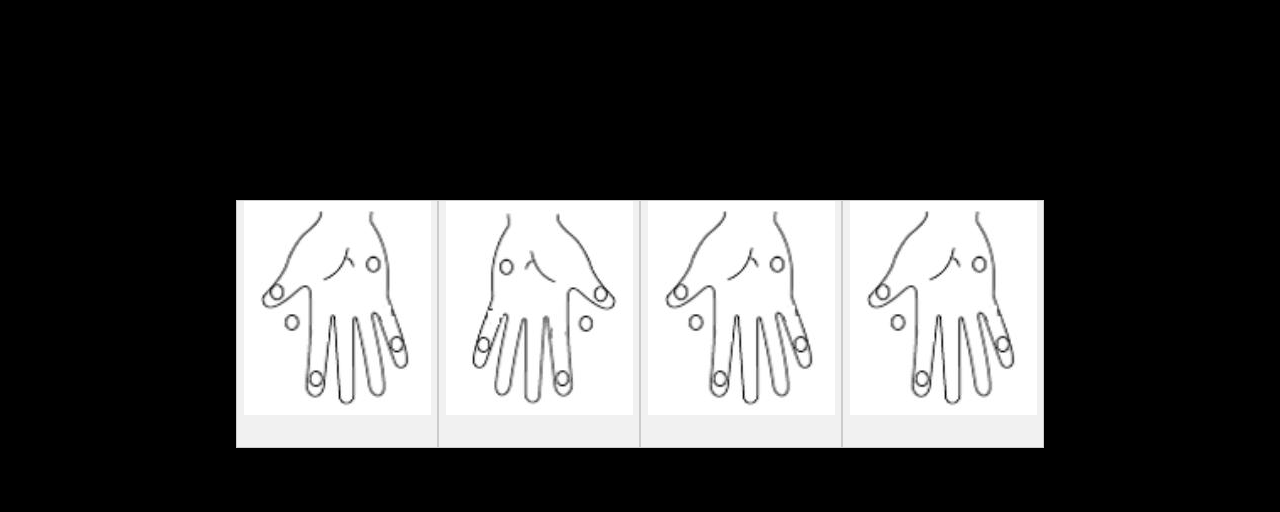
Repository: amdreew/graficosLepra
Page: inddex.html
An editor plug-in stored every save of this project. The page is shown before and after the next save, followed by the edit.
The browser window is 1280 px wide. The pictures show the whole page.

Above is the page before, as saved 2020-10-22 11:57:35.

### inddex.html
<!DOCTYPE html>
<html lang="en">
<head>
    <meta charset="UTF-8">
    <meta name="viewport" content="width=device-width, initial-scale=1.0">
    <title>mapa Imagenes</title>
    <link rel="stylesheet" href="main.css">
</head>
<body>
    <div class="contenedor">
        <div class="img-tanner item-img">
            <img src="img/manoDer.png" usemap="#image-map">
            <map name="image-map">
                <area target="" alt="1" title="1" href="#" coords="33,92,10" shape="circle">
                <area target="" alt="2" title="2" href="#" coords="129,63,10" shape="circle">
                <area target="" alt="3" title="3" href="#" coords="72,178,10" shape="circle">
                <area target="" alt="4" title="4" href="#" coords="154,143,10" shape="circle">
                <area target="" alt="5" title="5" href="#" coords="48,120,10" shape="circle">
            </map>
        </div>
        <div class="img-tanner item-img">
            <img src="img/manoIzq.png" usemap="#image-map2">
            <map name="image-map2">
                <area target="" alt="1" title="1" href="#" coords="60,66,10" shape="circle">
                <area target="" alt="2" title="2" href="#" coords="155,93,10" shape="circle">
                <area target="" alt="3" title="3" href="#" coords="140,122,10" shape="circle">
                <area target="" alt="4" title="4" href="#" coords="117,179,10" shape="circle">
                <area target="" alt="5" title="5" href="#" coords="37,144,10" shape="circle">
            </map>
        </div>
        <div class="img-tanner item-img">
            <img src="img/manoDer.png" usemap="#image-map">
            <map name="image-map">
                <area target="" alt="1" title="1" href="#" coords="33,92,10" shape="circle">
                <area target="" alt="2" title="2" href="#" coords="129,63,10" shape="circle">
                <area target="" alt="3" title="3" href="#" coords="72,178,10" shape="circle">
                <area target="" alt="4" title="4" href="#" coords="154,143,10" shape="circle">
                <area target="" alt="5" title="5" href="#" coords="48,120,10" shape="circle">
            </map>
        </div>
        <div class="img-tanner item-img">
            <img src="img/manoDer.png" usemap="#image-map">
            <map name="image-map">
                <area target="" alt="1" title="1" href="#" coords="33,92,10" shape="circle">
                <area target="" alt="2" title="2" href="#" coords="129,63,10" shape="circle">
                <area target="" alt="3" title="3" href="#" coords="72,178,10" shape="circle">
                <area target="" alt="4" title="4" href="#" coords="154,143,10" shape="circle">
                <area target="" alt="5" title="5" href="#" coords="48,120,10" shape="circle">
            </map>
        </div>
    </div>
</body>
</html>

### main.css
*{
    margin: 0;
    padding: 0;
}

body {
    background-color: black;
}

.contenedor {
    display: flex;
    flex-wrap: wrap;
    justify-content: center;
    margin-top: 200px;
}

.item-img{
    background-color: #f1f1f1;
    min-width: 200px;
    min-height: 200px;
    margin: 0;
    text-align: center;
    line-height: 75px;
    border: 1px solid #CCCCCC;
}

After the next save:
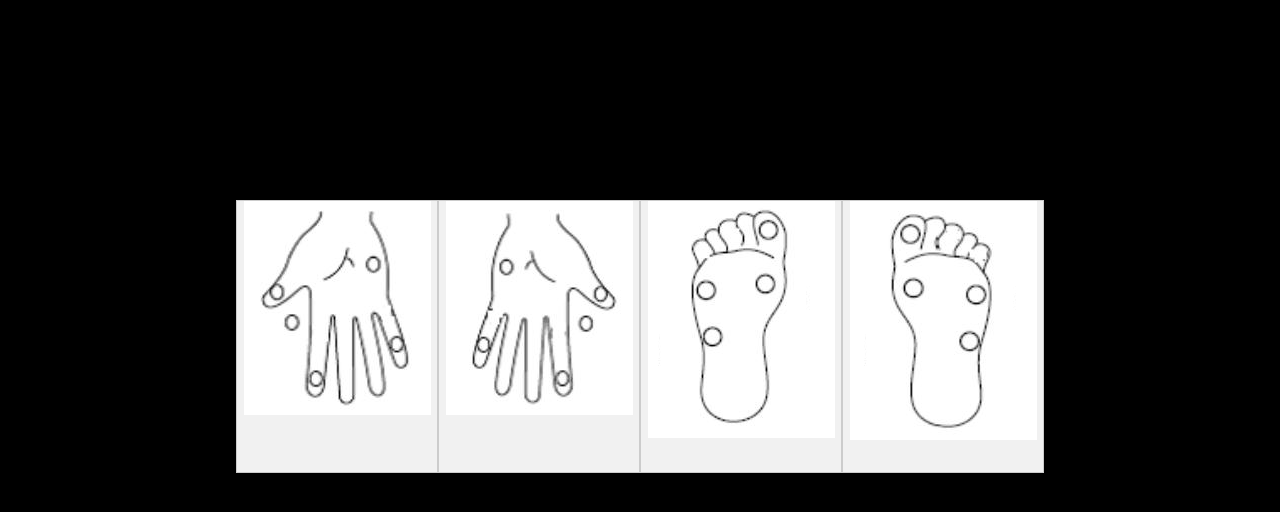
Saved 5 min 30 s later.
--- a/inddex.html
+++ b/inddex.html
@@ -29,23 +29,21 @@
             </map>
         </div>
         <div class="img-tanner item-img">
-            <img src="img/manoDer.png" usemap="#image-map">
+            <img src="img/pieDer.png" usemap="#image-map">
             <map name="image-map">
-                <area target="" alt="1" title="1" href="#" coords="33,92,10" shape="circle">
-                <area target="" alt="2" title="2" href="#" coords="129,63,10" shape="circle">
-                <area target="" alt="3" title="3" href="#" coords="72,178,10" shape="circle">
-                <area target="" alt="4" title="4" href="#" coords="154,143,10" shape="circle">
-                <area target="" alt="5" title="5" href="#" coords="48,120,10" shape="circle">
+                <area target="" alt="1" title="1" href="#" coords="120,30,10" shape="circle">
+                <area target="" alt="2" title="2" href="#" coords="117,83,10" shape="circle">
+                <area target="" alt="3" title="3" href="#" coords="58,89,10" shape="circle">
+                <area target="" alt="4" title="4" href="#" coords="65,136,10" shape="circle">
             </map>
         </div>
         <div class="img-tanner item-img">
-            <img src="img/manoDer.png" usemap="#image-map">
+            <img src="img/pieIzq.png" usemap="#image-map">
             <map name="image-map">
-                <area target="" alt="1" title="1" href="#" coords="33,92,10" shape="circle">
-                <area target="" alt="2" title="2" href="#" coords="129,63,10" shape="circle">
-                <area target="" alt="3" title="3" href="#" coords="72,178,10" shape="circle">
-                <area target="" alt="4" title="4" href="#" coords="154,143,10" shape="circle">
-                <area target="" alt="5" title="5" href="#" coords="48,120,10" shape="circle">
+                <area target="" alt="1" title="1" href="#" coords="60,33,10" shape="circle">
+                <area target="" alt="2" title="2" href="#" coords="63,88,10" shape="circle">
+                <area target="" alt="3" title="3" href="#" coords="125,93,10" shape="circle">
+                <area target="" alt="4" title="4" href="#" coords="119,141,10" shape="circle">
             </map>
         </div>
     </div>
